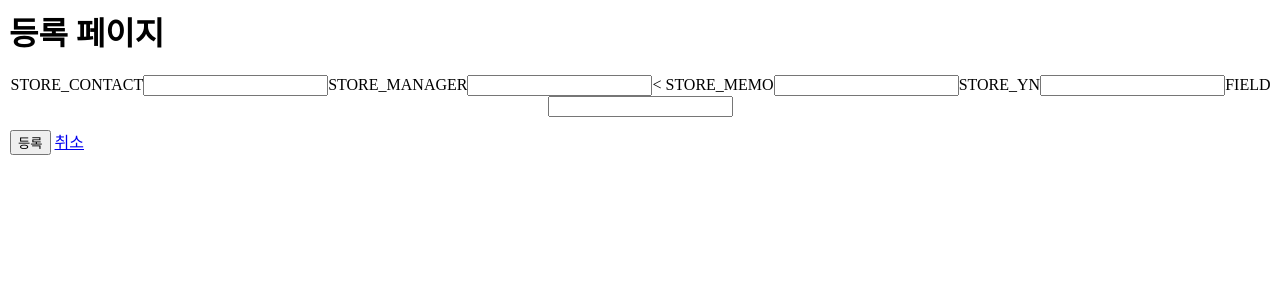
Repository: 2022-kh-final-mothlymoon/moon-back
Page: http://localhost/sellermoon/store/create.jsp
These files come from the project's save history. The page is drawn as it stood at one moment and after the next save; the edit follows.
The browser window is 1280 px wide. The pictures show the whole page.
The page is served by Tomcat 9. Other server files are loaded and not shown.

Above is the page before, as saved 2022-10-20 17:48:07.

### sellermoon/src/main/webapp/store/create.jsp
<%@ page language="java" contentType="text/html; charset=UTF-8"
	pageEncoding="UTF-8"%>
<%@ taglib uri="http://java.sun.com/jsp/jstl/core" prefix="c"%>
<%@ taglib uri="http://java.sun.com/jsp/jstl/fmt" prefix="fmt"%>


<div class="row" style="margin-bottom: 20px; margin-left: 1px;">
	<div class="col-lg-12">
		<h1 class="page-header">등록 페이지</h1>
	</div>
</div>
<div class="panel" style="margin-left: 1px;">
	<div id="contAreaBox">
		<div class="panel">
			<div class="panel-body">
				<form role="form" action="/board/create_action" method="post">
					<div class="table-responsive" style="text-align: center;">
						<table id="datatable-scroller"
							class="table table-bordered tbl_Form">
							<caption></caption>
							<colgroup>
								<col width="250px" />
								<col />
							</colgroup>
							<tbody>
								<tr>
									<input type="hidden" id="STORE_NO" name="STORE_NO" value="0">
									<input type="hidden" id="MD_NO" name="MD_NO" value="1">
									<lable>STORE_CONTACT</lable>
									<input type="text" id="STORE_CONTACT" name="STORE_CONTACT" />
								</tr>
								<tr>
									<lable>STORE_MANAGER</lable>
									<input type="text" id="STORE_MANAGER" name="STORE_MANAGER" /><
								</tr>


								<tr>
									<lable>STORE_MEMO</lable>
									<input type="text" id="STORE_MEMO" name="STORE_MEMO" />
								</tr>
								<tr>
									<lable>STORE_YN</lable>
									<input type="text" id="STORE_YN" name="STORE_YN" />
								</tr>
								<tr>
									<lable>FIELD</lable>
									<input type="text" id="FIELD" name="FIELD" />
								</tr>
							</tbody>
						</table>
					</div>
					<div style="margin-left: 1px;">
						<button type="submit" class="btn btn-primary">등록</button>
						<a href="./storeList" class="btn btn-danger">취소</a>
					</div>
				</form>
			</div>
		</div>
	</div>
</div>

After the next save:
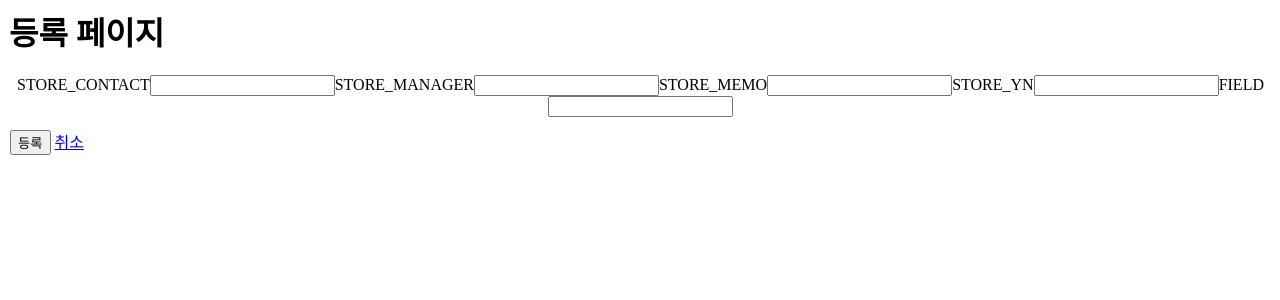
Saved 6 s later.
--- a/sellermoon/src/main/webapp/store/create.jsp
+++ b/sellermoon/src/main/webapp/store/create.jsp
@@ -31,7 +31,7 @@
 								</tr>
 								<tr>
 									<lable>STORE_MANAGER</lable>
-									<input type="text" id="STORE_MANAGER" name="STORE_MANAGER" /><
+									<input type="text" id="STORE_MANAGER" name="STORE_MANAGER" />
 								</tr>
 
 
